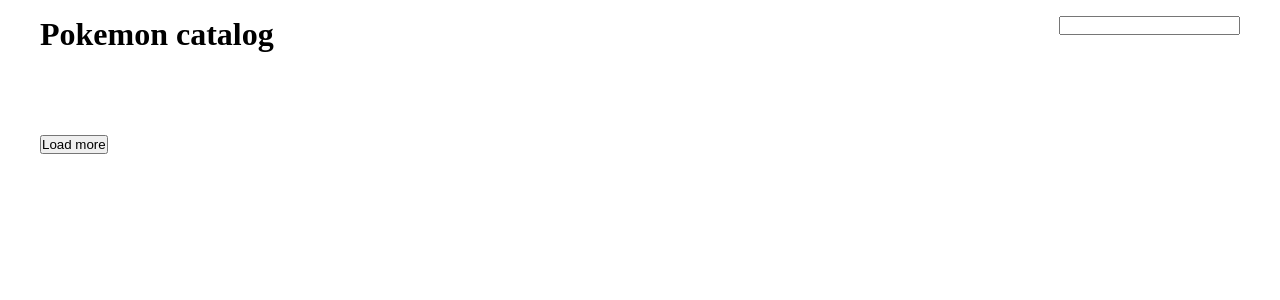
Repository: Ryszard-Penkala/pokemon-API
Page: index.html
The author's editor kept a copy of each file at every save. The page is drawn from the files as they stood at one save, then again after the next save.
The browser window is 1280 px wide. The pictures show the whole page.
The page's requests for data from a server got no answer.

Above is the page before, as saved 2020-06-26 23:04:37.

After the next save:
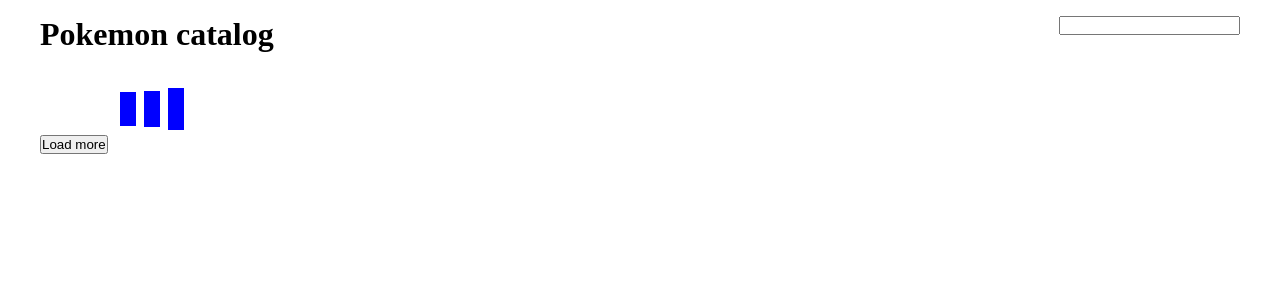
Saved 19 s later.
--- a/assets/styles/styles.css
+++ b/assets/styles/styles.css
@@ -67,7 +67,7 @@
     position: absolute;
     left: 8px;
     width: 16px;
-    background: #fff;
+    background: blue;
     animation: lds-facebook 1.2s cubic-bezier(0, 0.5, 0.5, 1) infinite;
   }
   .lds-facebook div:nth-child(1) {

After the save that followed:
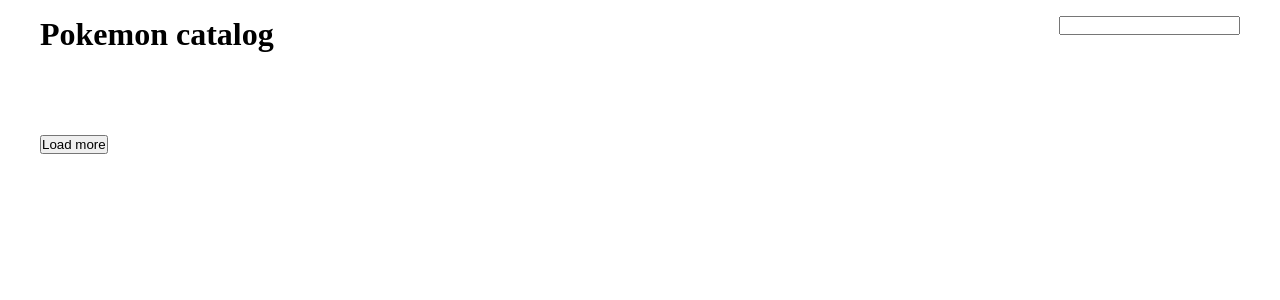
Saved 97 s later.
--- a/index.html
+++ b/index.html
@@ -23,7 +23,7 @@
         <footer class="footer-main pokemon-app__footer">
             <div class="footer-main__load-bar">
                 <button class="footer-main__load-button">Load more</button>
-                <div class="lds-facebook"><div></div><div></div><div></div></div>
+                <div class="footer-main__loader"><div></div><div></div><div></div></div>
             </div>
 
         </footer>
--- a/assets/styles/styles.css
+++ b/assets/styles/styles.css
@@ -56,13 +56,13 @@
 
 
 
-.lds-facebook {
+.footer-main__loader {
     display: inline-block;
     position: relative;
     width: 80px;
     height: 80px;
   }
-  .lds-facebook div {
+  .footer-main__loader div {
     display: inline-block;
     position: absolute;
     left: 8px;
@@ -70,19 +70,19 @@
     background: blue;
     animation: lds-facebook 1.2s cubic-bezier(0, 0.5, 0.5, 1) infinite;
   }
-  .lds-facebook div:nth-child(1) {
+  .footer-main__loader div:nth-child(1) {
     left: 8px;
     animation-delay: -0.24s;
   }
-  .lds-facebook div:nth-child(2) {
+  .footer-main__loader div:nth-child(2) {
     left: 32px;
     animation-delay: -0.12s;
   }
-  .lds-facebook div:nth-child(3) {
+  .footer-main__loader div:nth-child(3) {
     left: 56px;
     animation-delay: 0;
   }
-  @keyframes lds-facebook {
+  @keyframes footer-main__loader {
     0% {
       top: 8px;
       height: 64px;
